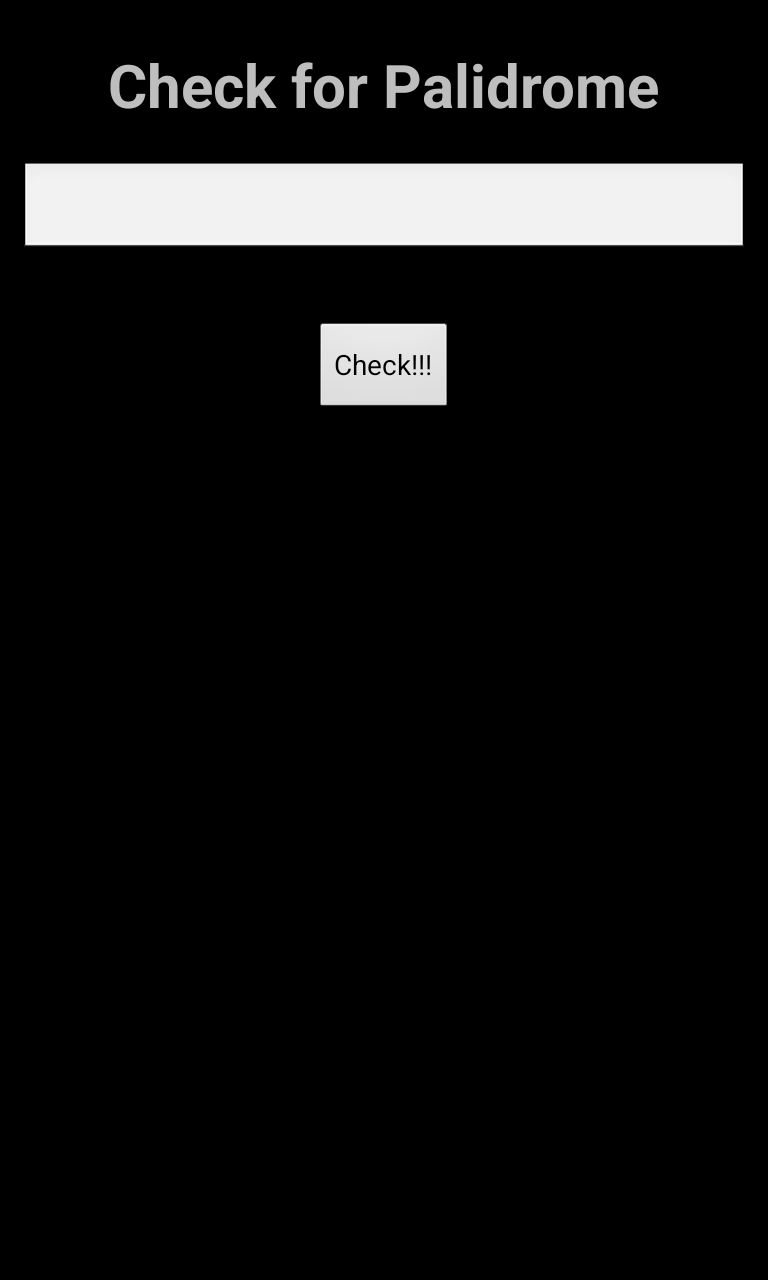
Repository: shinjikun/android-prjs-jenkins-sample
Layout: PalindromePrj/res/layout/main.xml
These files come from the project's save history. The layout is drawn as it stood at one moment and after the next save; the edit follows.
It is drawn on a 768 x 1280 px phone screen (xhdpi) without system bars, with theme android:Theme; the app's code is not run.

Above is the layout before, as saved 2012-09-23 03:39:30.

### PalindromePrj/res/layout/main.xml
<?xml version="1.0" encoding="utf-8"?>
<RelativeLayout xmlns:android="http://schemas.android.com/apk/res/android"
    android:id="@+id/RelativeLayout1"
    android:layout_width="fill_parent"
    android:layout_height="fill_parent"
    android:orientation="vertical" >

    <TextView
        android:id="@+id/textView1"
        android:layout_width="wrap_content"
        android:layout_height="wrap_content"
        android:layout_alignParentTop="true"
        android:layout_centerHorizontal="true"
        android:layout_marginTop="22dp"
        android:textStyle="bold"
        android:textSize="30dp"
        android:text="Check for Palidrome" />

    <EditText
        android:id="@+id/txtPalidrome"
        android:layout_width="fill_parent"
        android:layout_height="wrap_content"
        android:layout_below="@+id/textView1"
        android:layout_centerHorizontal="true"
        android:layout_marginTop="18dp"
        android:layout_marginLeft="10dp"
        android:layout_marginRight="10dp" >


    </EditText>

    <Button
        android:id="@+id/btnCheck"
        android:layout_width="wrap_content"
        android:layout_height="wrap_content"
        android:layout_below="@+id/txtPalidrome"
        android:layout_centerHorizontal="true"
        android:layout_marginTop="32dp"
        android:text="Check!!!" />

</RelativeLayout>

After the next save:
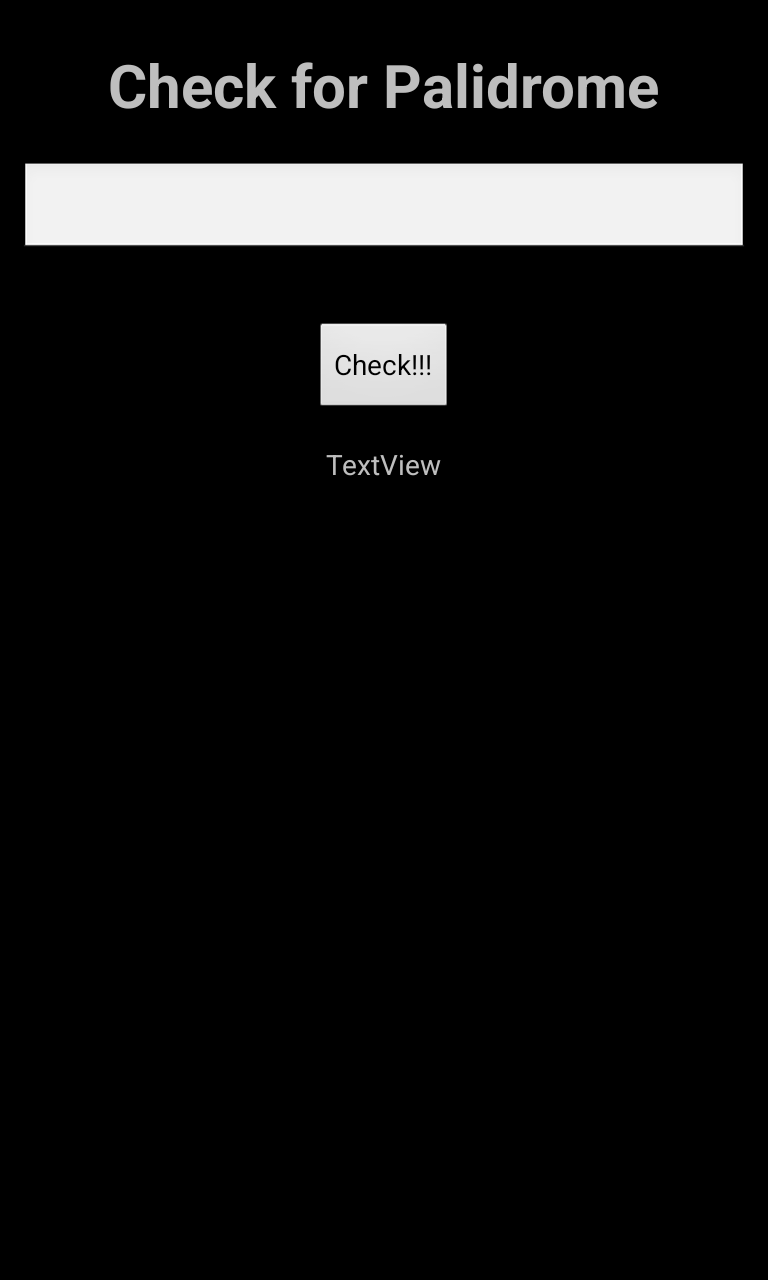
Saved 72 min 42 s later.
--- a/PalindromePrj/res/layout/main.xml
+++ b/PalindromePrj/res/layout/main.xml
@@ -38,4 +38,13 @@
         android:layout_marginTop="32dp"
         android:text="Check!!!" />
 
+    <TextView
+        android:id="@+id/txt"
+        android:layout_width="wrap_content"
+        android:layout_height="wrap_content"
+        android:layout_below="@+id/btnCheck"
+        android:layout_centerHorizontal="true"
+        android:layout_marginTop="14dp"
+        android:text="TextView" />
+
 </RelativeLayout>

After the 2 saves that followed:
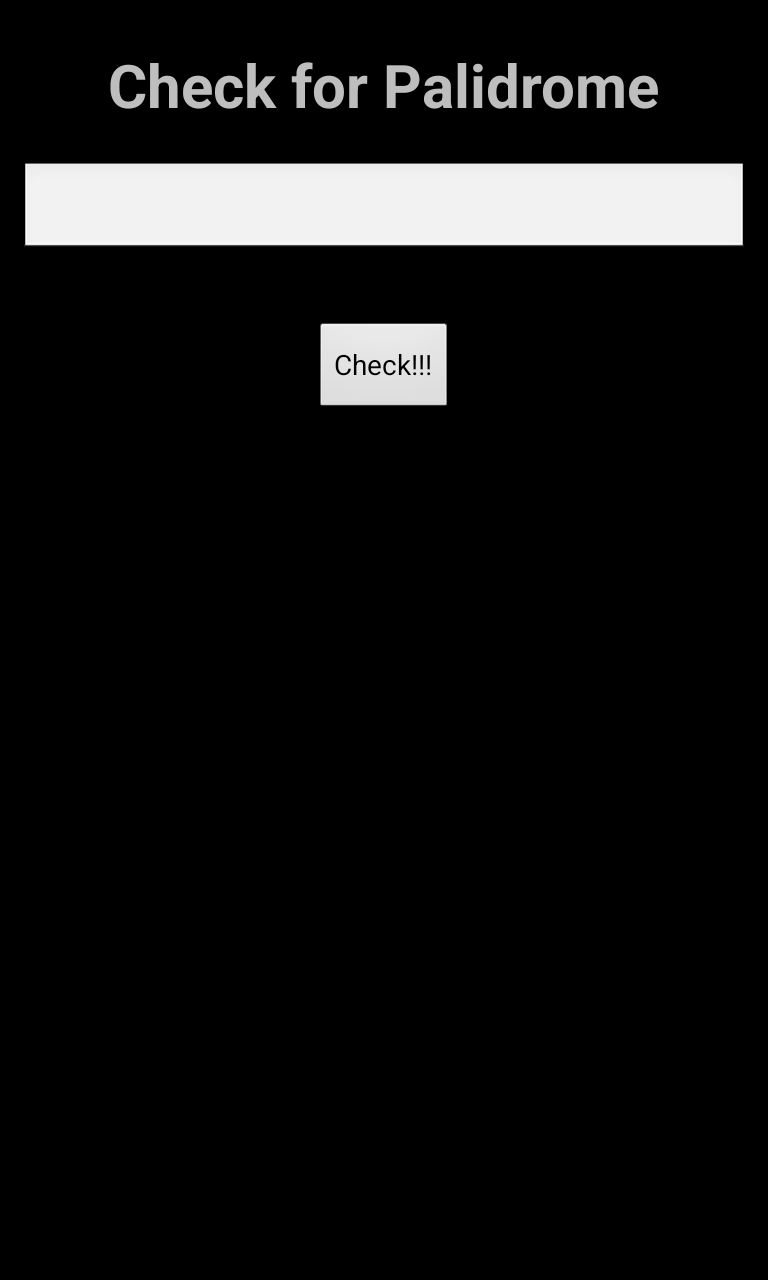
The 2 saves are shown as one change because 1 left the picture as it was.
The last was saved 12 s later.
--- a/PalindromePrj/res/layout/main.xml
+++ b/PalindromePrj/res/layout/main.xml
@@ -39,12 +39,12 @@
         android:text="Check!!!" />
 
     <TextView
-        android:id="@+id/txt"
+        android:id="@+id/txtResult"
         android:layout_width="wrap_content"
         android:layout_height="wrap_content"
         android:layout_below="@+id/btnCheck"
         android:layout_centerHorizontal="true"
         android:layout_marginTop="14dp"
-        android:text="TextView" />
+         />
 
 </RelativeLayout>
